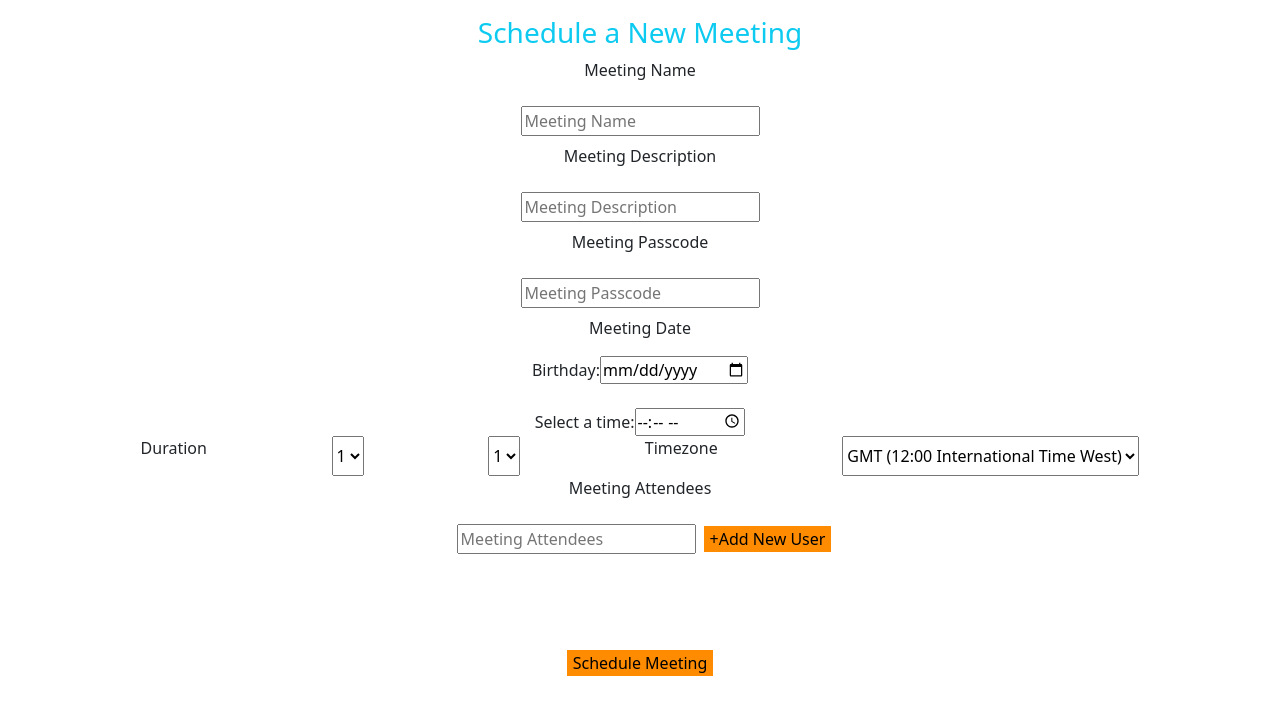
Repository: sreech465/myexam
Page: /smeet
These files come from the project's save history. The page is drawn as it stood at one moment and after the next save; the edit follows.
The browser window is 1280 px wide. The pictures show the whole page.
The page's requests for data from a server got no answer. The project was rebuilt for these pictures with package versions that can differ from the ones it lists, and the page was loaded fresh each time. No one was signed in, and anything a server would have sent is missing. Also part of the build but not shown: src/Details.js, src/Jmeet.js, src/Joinmeet.js.

Above is the page before, as saved 2023-01-14 18:20:56.

After the next save:
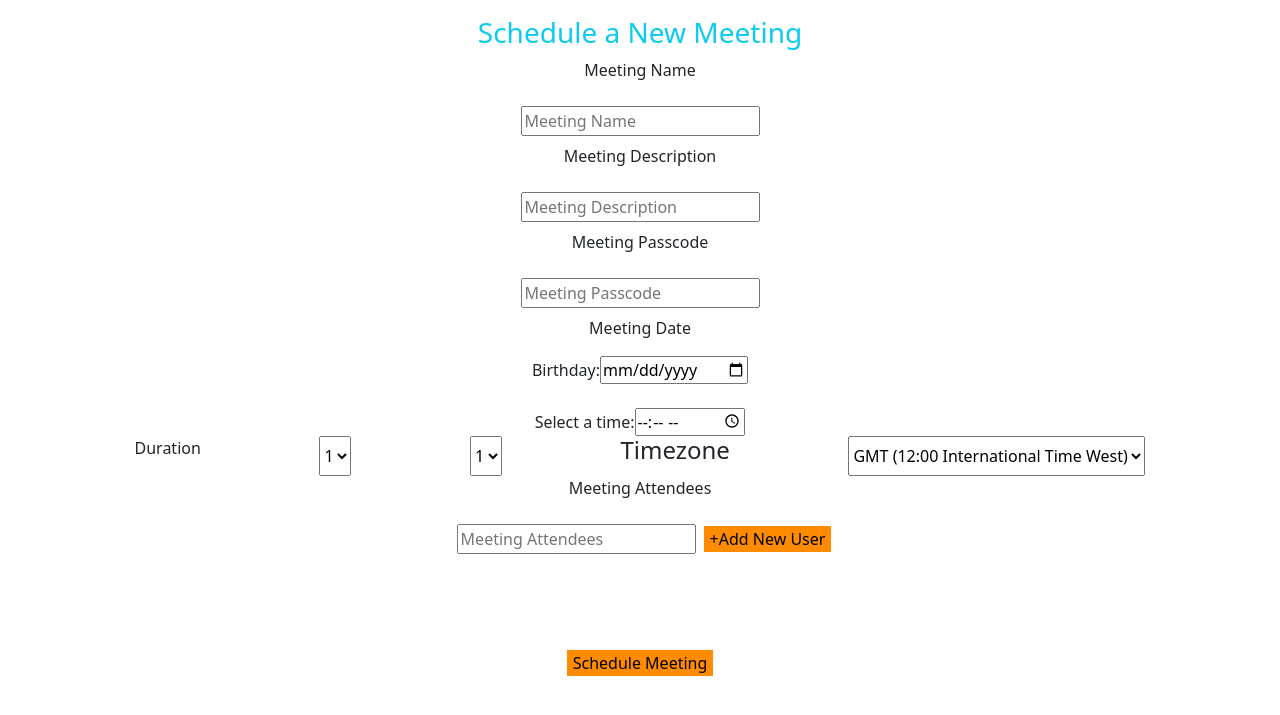
Saved 13 s later.
--- a/src/Smeet.js
+++ b/src/Smeet.js
@@ -188,7 +188,7 @@ const Smeet = () => {
               </a>
             </div>
           </div> */}
-          <p>Timezone</p>
+          <h4>Timezone</h4>
           <select>
             <option value="fruit">GMT (12:00 International Time West)</option>
 
